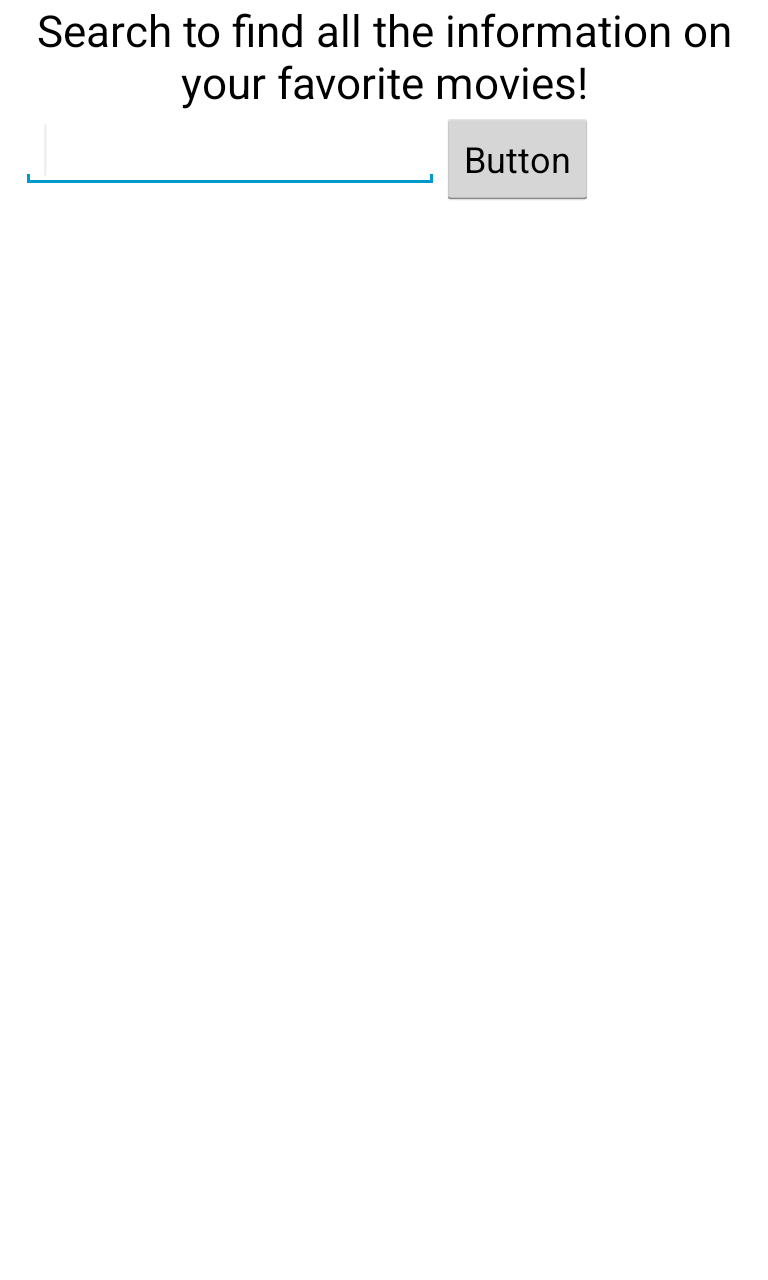
Repository: laurenelder/Java2_Elder
Layout: MovieLookup/res/layout/activity_main.xml
The author's editor kept a copy of each file at every save. The layout is drawn from the files as they stood at one save, then again after the next save.
It is drawn on a 768 x 1280 px phone screen (xhdpi) without system bars, with theme AppTheme; the app's code is not run. Lists and similar views that code fills are empty.

Above is the layout before, as saved 2014-07-09 23:26:28.

After the next save:
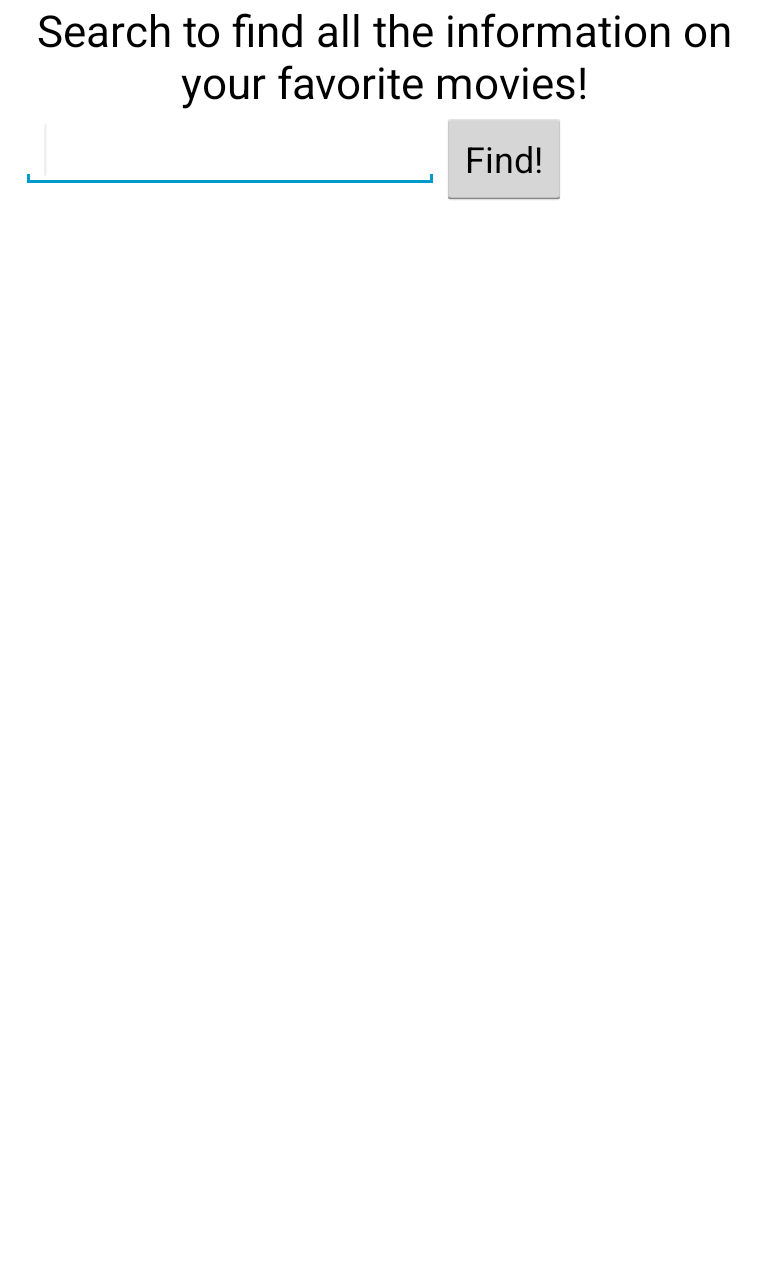
Saved 18 s later.
--- a/MovieLookup/res/layout/activity_main.xml
+++ b/MovieLookup/res/layout/activity_main.xml
@@ -38,7 +38,7 @@
             android:layout_height="wrap_content"
             android:layout_alignParentTop="true"
             android:layout_toRightOf="@+id/editText1"
-            android:text="Button" />
+            android:text="@string/button_text" />
 
     </RelativeLayout>
 
